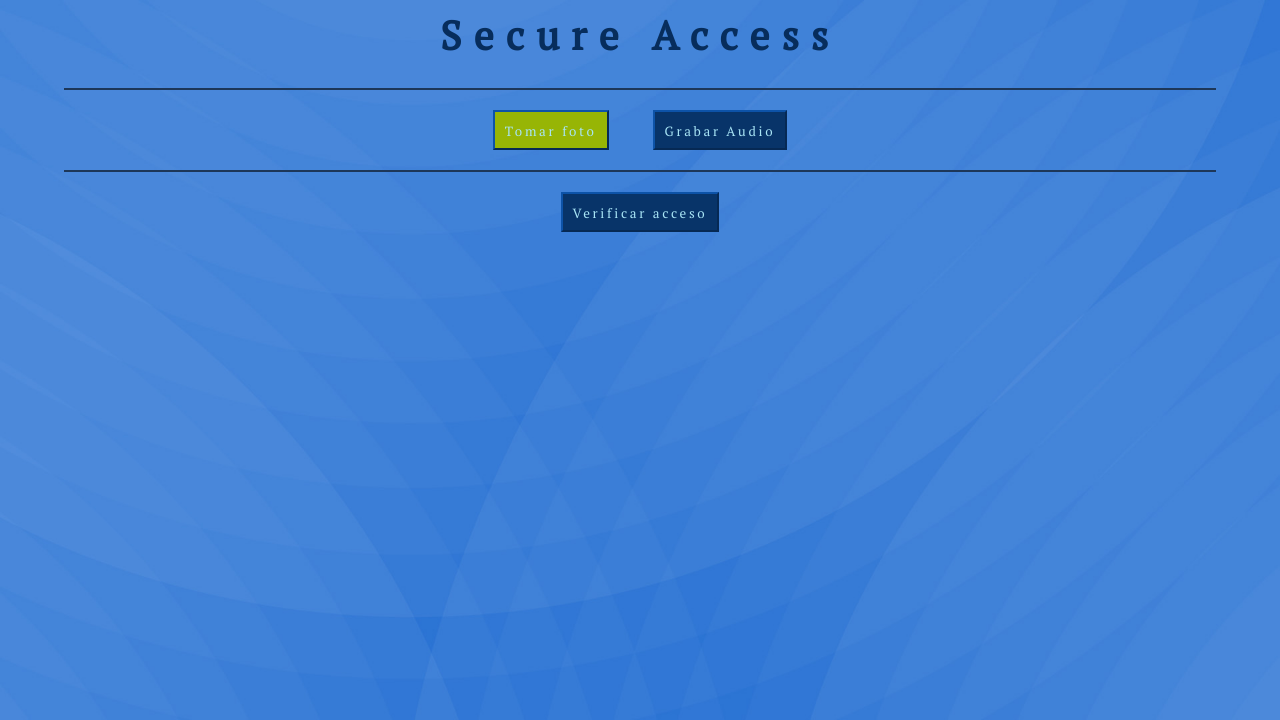
Repository: dabarreiroh/SECURE-ACCESS
Page: accessecure/templates/home/index.html
The author's editor kept a copy of each file at every save. The page is drawn from the files as they stood at one save, then again after the next save.
The browser window is 1280 px wide. The pictures show the whole page.
The pointer rests on the first visible `input`.

Above is the page before, as saved 2020-03-17 00:04:16.

### accessecure/templates/home/index.html
<html>
    <head>
        <link rel="stylesheet" href="./../../static/admin/css/index/index.css">
        <link href="https://fonts.googleapis.com/css?family=PT+Serif&display=swap" rel="stylesheet">

    </head>
<body>

<h1>Secure Access</h1>

<div class="options">
    <input type="button" value="Tomar foto" onClick="window.location.href='photo'">
    <input type="button" value="Grabar Audio" onClick="window.location.href='audio'">
</div>


<div>
    <input type="button" value="Verificar acceso" onClick="window.location.href='verified'">
</div>

</body>
</html>

### accessecure/static/admin/css/index/index.css
*{
    text-align: center;
    font-family: 'PT Serif', serif;
}

body{
    background-image: url(../../img/background.jpg);
    background-size: cover;
}

h1{
    color: #072D5C;
    /* color: #1D3759; */
    letter-spacing: 0.3em;
    font-size: 40px;
}

.options{
    border: solid #1D3759;
    border-width: 2px 0px;
    width: 90vw;
    margin: 0 auto;
}

input{
    margin: 20px;
    height: 40px;
    padding: 10px;
    letter-spacing: 0.2em;
    /* background-color: #072D5C;
    border: 2px solid #406FA8; */
    background-color: #083469;
    border: 2px solid #0D53A8;
    border-style: outset;
    color: #A8E4F5;
}

input:hover{
    background-color: #97B505;
}

After the next save:
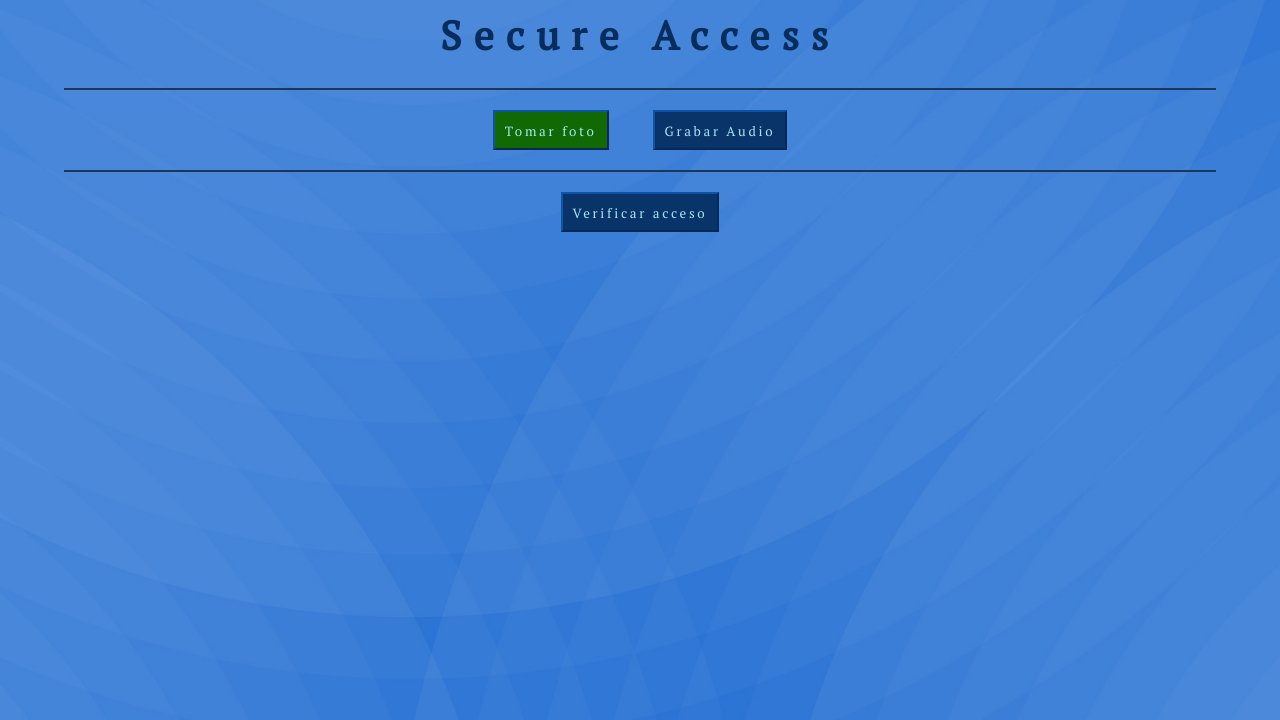
Saved 23 s later.
--- a/accessecure/static/admin/css/index/index.css
+++ b/accessecure/static/admin/css/index/index.css
@@ -36,5 +36,5 @@ input{
 }
 
 input:hover{
-    background-color: #97B505;
+    background-color: #106903;
 }
